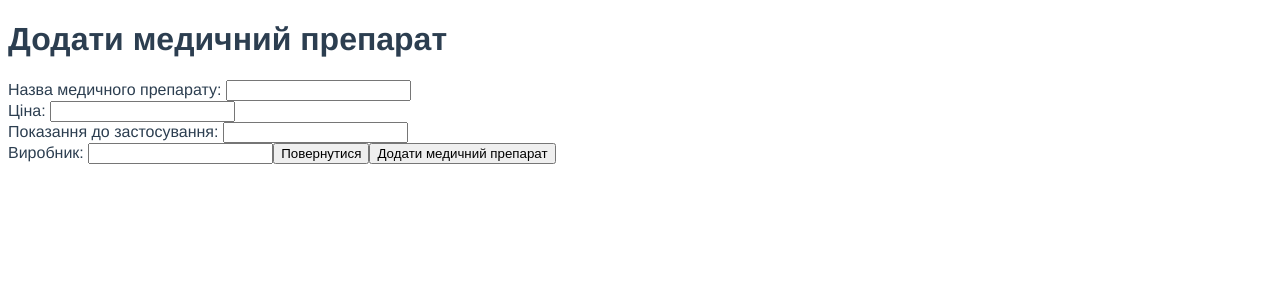
Repository: kristinap8/pharmacy
Page: /add_medicine
The author's editor kept a copy of each file at every save. The page is drawn from the files as they stood at one save, then again after the next save.
The browser window is 1280 px wide. The pictures show the whole page.
The project was rebuilt for these pictures with package versions that can differ from the ones it lists, and the page was loaded fresh each time. Also part of the build but not shown: src/components/EditMedicineForm/index.vue, src/pages/EditMedicine/index.vue, src/components/MedicinesList/MedicineCard/index.vue, src/components/MedicinesList/index.vue, src/pages/AllMedicines/index.vue, src/components/CartForm/index.vue, src/pages/Cart/index.vue.

Above is the page before, as saved 2020-12-09 23:06:42.

After the next save:
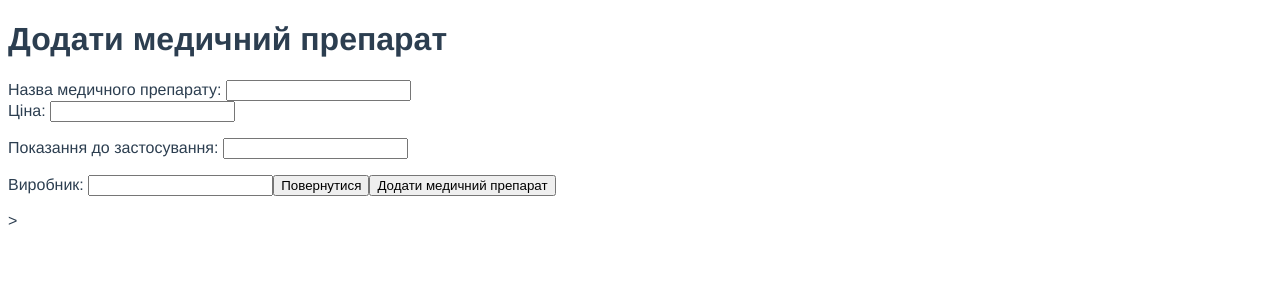
Saved 3 min 34 s later.
--- a/src/components/AddMedicineForm/index.vue
+++ b/src/components/AddMedicineForm/index.vue
@@ -13,22 +13,22 @@
         <input type="number" v-model="price"/>
     </label>
     </div>
-    <div>
+    <p>
     <label>
         Показання до застосування:
         <input type="text" v-model="requirements"/>
     </label>
-    </div>
-    <div>
+    </p>
+    <p>
     <label>
         Виробник:
         <input type="text" v-model="maker"/>
     </label>
-    <router-link to="/" tag="button" class="btn-primary">Повернутися</router-link>
-    <button @click="onAddMedicine" class="btn btn-primary">
+    <router-link to="/" tag="button" >Повернутися</router-link>
+    <button @click="onAddMedicine" >
         Додати медичний препарат
     </button>
-    </div>
+    </p>>
     </div>
 </template>
 
